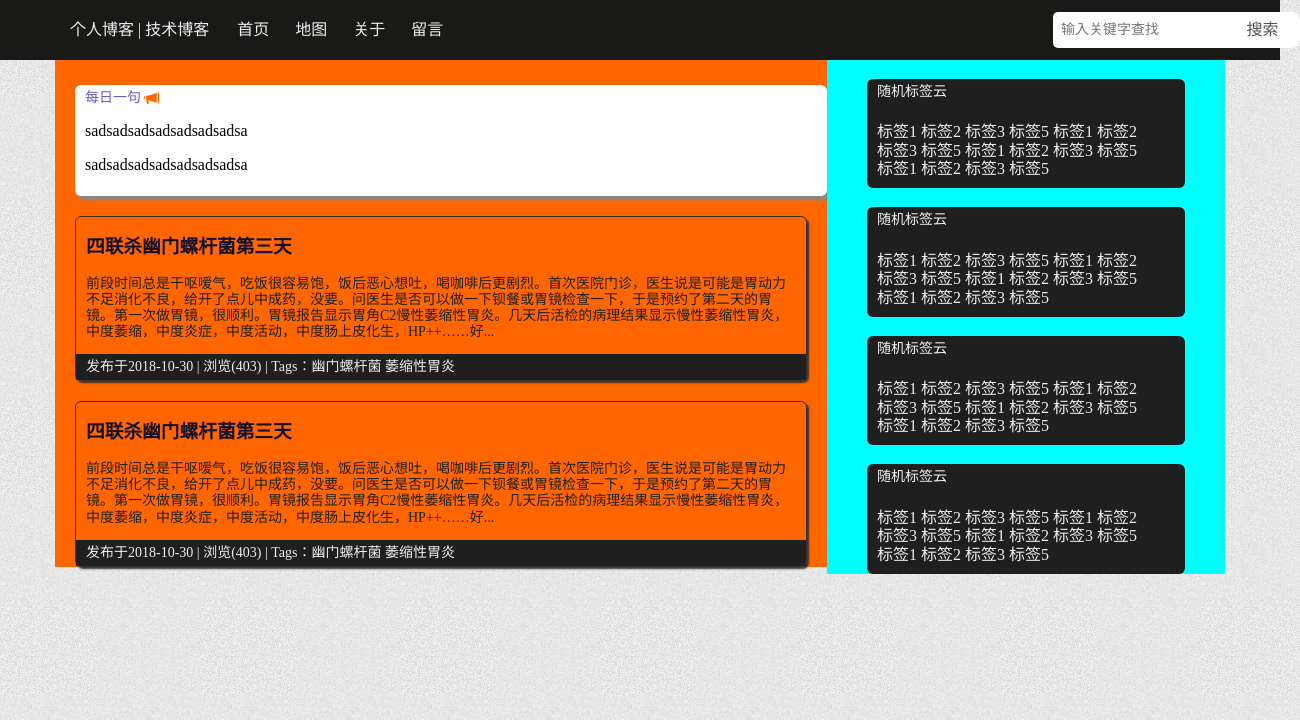
Repository: li1214/my_blog
Page: page/index.html
The author's editor kept a copy of each file at every save. The page is drawn from the files as they stood at one save, then again after the next save.
The browser window is 1280 px wide. The page is 1300 px wide, then 1280 px, so the pictures cover 1300 px, including what lies to the right of the window. The pictures show the whole page.

Above is the page before, as saved 2019-01-04 10:43:10.

### page/index.html
<!DOCTYPE html>
<html lang="en">
<head>
    <meta charset="UTF-8">
    <meta name="viewport" content="width=device-width, initial-scale=1.0">
    <meta http-equiv="X-UA-Compatible" content="ie=edge">
    <title>个人博客</title>
    <link href='./css/base.css' rel='stylesheet' type='text/css'>
    <link href="./css/index.css" rel='stylesheet' type='text/css'>
</head>
<body>
    <header>
        <div class='container'>
            <a>个人博客 | 技术博客</a>
            <ul>
                <li><a href="">首页</a></li>
                <li><a href="">地图</a></li>
                <li><a href="">关于</a></li>
                <li><a href="">留言</a></li>
            </ul>
            <div class='search'>
                <input type="text" placeholder="输入关键字查找">
                <button>搜索</button>
            </div>
        </div>
    </header>
    <div class='content'>
        <div class='content-left'>
            <div class='every-day'>
                <span>每日一句</span>
                <p>sadsadsadsadsadsadsadsa</p>
                <p>sadsadsadsadsadsadsadsa</p>
            </div>
            <div class='blog-list'>
                <div class='blog'>
                    <a><h3>四联杀幽门螺杆菌第三天</h3></a>
                    <p>前段时间总是干呕嗳气，吃饭很容易饱，饭后恶心想吐，喝咖啡后更剧烈。首次医院门诊，医生说是可能是胃动力不足消化不良，给开了点儿中成药，没要。问医生是否可以做一下钡餐或胃镜检查一下，于是预约了第二天的胃镜。第一次做胃镜，很顺利。胃镜报告显示胃角C2慢性萎缩性胃炎。几天后活检的病理结果显示慢性萎缩性胃炎，中度萎缩，中度炎症，中度活动，中度肠上皮化生，HP++……好...</p>
                    <div class='blog-foot'>
                        发布于2018-10-30 | 浏览(403) | Tags：幽门螺杆菌 萎缩性胃炎
                    </div>
                </div>
                <div class='blog'>
                    <a>
                        <h3>四联杀幽门螺杆菌第三天</h3>
                    </a>
                    <p>前段时间总是干呕嗳气，吃饭很容易饱，饭后恶心想吐，喝咖啡后更剧烈。首次医院门诊，医生说是可能是胃动力不足消化不良，给开了点儿中成药，没要。问医生是否可以做一下钡餐或胃镜检查一下，于是预约了第二天的胃镜。第一次做胃镜，很顺利。胃镜报告显示胃角C2慢性萎缩性胃炎。几天后活检的病理结果显示慢性萎缩性胃炎，中度萎缩，中度炎症，中度活动，中度肠上皮化生，HP++……好...</p>
                    <div class='blog-foot'>
                        发布于2018-10-30 | 浏览(403) | Tags：幽门螺杆菌 萎缩性胃炎
                    </div>
                </div>
            </div>
        </div>
        <div class='content-right'>
            <div class='right-box'>
                <h4>随机标签云</h4>
                <div class='contents'>
                    <a>标签1</a>
                    <a>标签2</a>
                    <a>标签3</a>
                    <a>标签5</a>
                    <a>标签1</a>
                    <a>标签2</a>
                    <a>标签3</a>
                    <a>标签5</a>
                    <a>标签1</a>
                    <a>标签2</a>
                    <a>标签3</a>
                    <a>标签5</a>
                    <a>标签1</a>
                    <a>标签2</a>
                    <a>标签3</a>
                    <a>标签5</a>
                </div>
            </div>
            <div class='right-box'>
                <h4>随机标签云</h4>
                <div class='contents'>
                    <a>标签1</a>
                    <a>标签2</a>
                    <a>标签3</a>
                    <a>标签5</a>
                    <a>标签1</a>
                    <a>标签2</a>
                    <a>标签3</a>
                    <a>标签5</a>
                    <a>标签1</a>
                    <a>标签2</a>
                    <a>标签3</a>
                    <a>标签5</a>
                    <a>标签1</a>
                    <a>标签2</a>
                    <a>标签3</a>
                    <a>标签5</a>
                </div>
            </div>
            <div class='right-box'>
                <h4>随机标签云</h4>
                <div class='contents'>
                    <a>标签1</a>
                    <a>标签2</a>
                    <a>标签3</a>
                    <a>标签5</a>
                    <a>标签1</a>
                    <a>标签2</a>
                    <a>标签3</a>
                    <a>标签5</a>
                    <a>标签1</a>
                    <a>标签2</a>
                    <a>标签3</a>
                    <a>标签5</a>
                    <a>标签1</a>
                    <a>标签2</a>
                    <a>标签3</a>
                    <a>标签5</a>
                </div>
            </div>
            <div class='right-box'>
                <h4>随机标签云</h4>
                <div class='contents'>
                    <a>标签1</a>
                    <a>标签2</a>
                    <a>标签3</a>
                    <a>标签5</a>
                    <a>标签1</a>
                    <a>标签2</a>
                    <a>标签3</a>
                    <a>标签5</a>
                    <a>标签1</a>
                    <a>标签2</a>
                    <a>标签3</a>
                    <a>标签5</a>
                    <a>标签1</a>
                    <a>标签2</a>
                    <a>标签3</a>
                    <a>标签5</a>
                </div>
            </div>
        </div>
    </div>
    <footer></footer>
</body>
</html>

### page/css/base.css
html {line-height: 1.15; /* 1 */-webkit-text-size-adjust: 100%; /* 2 */}
body {margin: 0;}
@font-face{
    font-family: 'myicon';
    src: url('../font/glyphicons-halflings-regular.woff2')
}
main {
  display: block;
}
h1 {
  font-size: 2em;
  margin: 0.67em 0;
}
hr {
  box-sizing: content-box; /* 1 */
  height: 0; /* 1 */
  overflow: visible; /* 2 */
}
pre {
  font-family: monospace, monospace; /* 1 */
  font-size: 1em; /* 2 */
}
a {
  background-color: transparent;
}
abbr[title] {
  border-bottom: none; /* 1 */
  text-decoration: underline; /* 2 */
  text-decoration: underline dotted; /* 2 */
}
b,
strong {
  font-weight: bolder;
}
code,
kbd,
samp {
  font-family: monospace, monospace; /* 1 */
  font-size: 1em; /* 2 */
}
small {
  font-size: 80%;
}
sub,
sup {
  font-size: 75%;
  line-height: 0;
  position: relative;
  vertical-align: baseline;
}
sub {
  bottom: -0.25em;
}
sup {
  top: -0.5em;
}
img {
  border-style: none;
}
button,
input,
optgroup,
select,
textarea {
  font-family: inherit; /* 1 */
  font-size: 100%; /* 1 */
  line-height: 1.15; /* 1 */
  margin: 0; /* 2 */
}
button,
input { /* 1 */
  overflow: visible;
}
button,
select { /* 1 */
  text-transform: none;
}
button,
[type="button"],
[type="reset"],
[type="submit"] {
  -webkit-appearance: button;
}
button::-moz-focus-inner,
[type="button"]::-moz-focus-inner,
[type="reset"]::-moz-focus-inner,
[type="submit"]::-moz-focus-inner {
  border-style: none;
  padding: 0;
}
button:-moz-focusring,
[type="button"]:-moz-focusring,
[type="reset"]:-moz-focusring,
[type="submit"]:-moz-focusring {
  outline: 1px dotted ButtonText;
}
fieldset {
  padding: 0.35em 0.75em 0.625em;
}
legend {
  box-sizing: border-box; /* 1 */
  color: inherit; /* 2 */
  display: table; /* 1 */
  max-width: 100%; /* 1 */
  padding: 0; /* 3 */
  white-space: normal; /* 1 */
}
progress {
  vertical-align: baseline;
}
textarea {
  overflow: auto;
}

[type="checkbox"],
[type="radio"] {
  box-sizing: border-box; /* 1 */
  padding: 0; /* 2 */
}
[type="number"]::-webkit-inner-spin-button,
[type="number"]::-webkit-outer-spin-button {
  height: auto;
}

[type="search"] {
  -webkit-appearance: textfield; /* 1 */
  outline-offset: -2px; /* 2 */
}

[type="search"]::-webkit-search-decoration {
  -webkit-appearance: none;
}
::-webkit-file-upload-button {
  -webkit-appearance: button; /* 1 */
  font: inherit; /* 2 */
}
details {
  display: block;
}
summary {
  display: list-item;
}
template {
  display: none;
}
[hidden] {
  display: none;
}
a{text-decoration: none;}
/* ========================================================== css reset ========================================================== */

body {
    width: 100%;
    height: 100%;
    background-image: url(../image/bg.jpg);
    background-repeat: repeat;
    overflow-x: hidden;
}

header{
    width: 100%;
    height: 60px;
    background-color: #191918;
}
header .container {
    width:1170px;
    height: 100%;
    margin: 0 auto;
}
header .container>a{
    display: block;
    float: left;
    color: #eee;
    line-height: 60px;
    margin: 0 15px;
    font-size: 16px;
}
header .container>ul{
    float: left;
    margin: 0;
    padding: 0;
}
header .container>ul>li{
    display: inline-block;
    float: left;
}
header .container>ul>li a{
    color: #eee;
    display: inline-block;
    height: 60px;
    width: 58px;
    line-height: 60px;
    text-align: center;
}
header .container .search{
    float: right;
    height: 100%;
    position: relative;
}
header .container .search>input{
    display: inline-block;
    position: absolute;
    height: 26px;
    padding: 5px 8px;
    border-radius: 5px;
    border:none;
    outline: none;
    font-size: 14px;
    margin-top: 12px;
    left: -172px;
}
header .container .search > button{
    outline: none;
    display: inline-block;
    position: absolute;
    width: 75px;
    height: 36px;
    padding: 5px 10px;
    border-radius: 8px;
    margin-top: 12px;
    cursor: pointer;
    color: #555;
    background-color: white;
    border: none;
}
/* ============================================================== header end ===================================================================== */
.content {
    width: 1170px;
    margin: 0 auto;
    position: relative;
}
.content .content-left{
    float: left;
    width: 66%;
    box-sizing: border-box;
    padding: 0 20px;
    background: #f60;
}
.content .content-right{
    float: right;
    width: 34%;
    box-sizing: border-box;
    background-color: aqua;
}
.right-box{
    background-color: #1f1f1f;
    margin-top: 20px;
    width: 80%;
    margin: 0 auto;
    box-sizing: border-box;
    border-radius: 6px;
}
.right-box h4 {
    color: #f4f4f4;
    font-weight: normal;
    padding: 5px 10px;
    font-size: 14px;
}
.right-box .contents{
    color: #eee;
    padding: 0 10px 10px 10px;
}
/* .right-box .contents a::after{
    display: block;
    content: '';
    overflow: hidden;
    clear: both;
    position: absolute;
} */
.right-box .contents>a{
    display: inline-block;
}

### page/css/index.css

.every-day{
    background-color: white;
    text-align: left;
    width: 100%;
    border-radius: 6px;
    padding: 5px 10px;
    box-shadow: 3px 4px 3px #888;
    margin-top: 25px;
}
.every-day span::before{
    font-family: myicon;
    content:'\e122';
    font-size: 14px;
    color: #f60;
    position: absolute;
    display: block;
    left: 90px;
}
.every-day > span{
    font-size: 14px;
    display: block;
    margin-bottom: 5px;
    color: slateblue;
}
.every-day > p{
    /* zuanwu */
}

.blog-list{
    width: 100%;
    position: relative;
}
.blog-list .blog{
    width: 100%;
    border:1px solid #333;
    border-radius: 6px;
    box-sizing: border-box;
    margin-top: 20px;
    box-shadow: 2px 2px 2px #333;
}
.blog-list .blog h3 {
    padding: 0 10px;
    color: #13102b;
    transition: color 0.5s;
}
.blog-list .blog h3:hover{color: #337ab7;cursor: pointer;}
.blog-list .blog p{padding: 0 10px;font-size: 14px;color: #1f1f1f;}
.blog-list .blog .blog-foot{
    background-color: #1f1f1f;
    padding: 5px 10px;
    color: #eee;
    font-size: 14px;
}

After the next save:
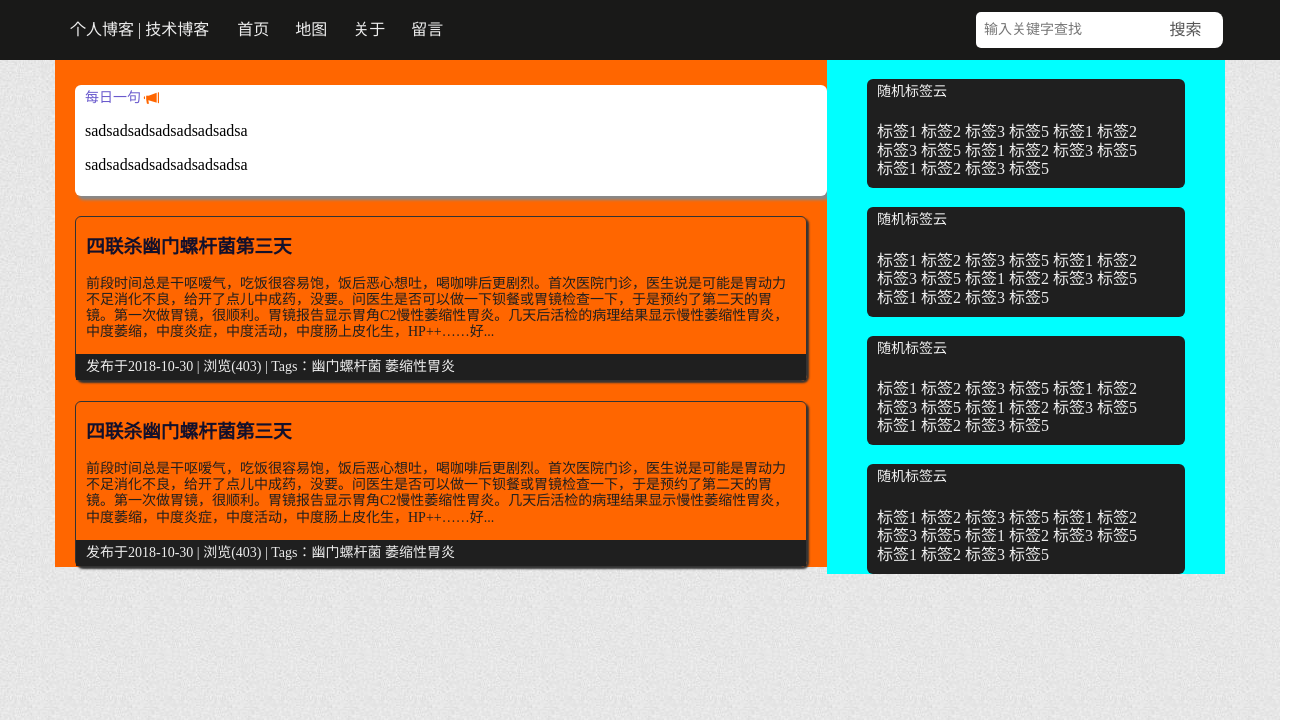
Saved 95 s later.
--- a/page/css/base.css
+++ b/page/css/base.css
@@ -196,6 +196,7 @@ header .container .search{
     float: right;
     height: 100%;
     position: relative;
+    right: 77px;
 }
 header .container .search>input{
     display: inline-block;
